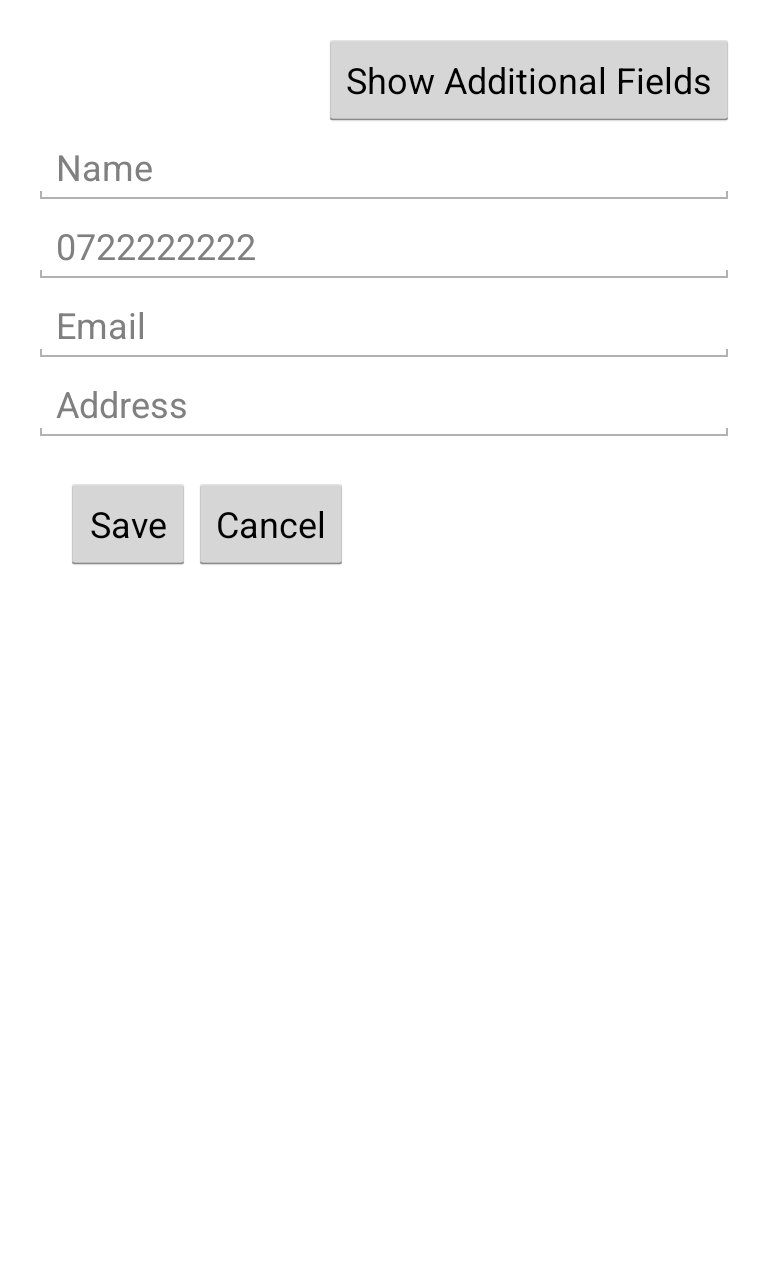
Repository: andreeastoican/Laborator04
Layout: ContactsManager/res/layout/fragment_basic_details.xml
These files come from the project's save history. The layout is drawn as it stood at one moment and after the next save; the edit follows.
It is drawn on a 768 x 1280 px phone screen (xhdpi) without system bars, with theme AppTheme; the app's code is not run.

Above is the layout before, as saved 2015-03-17 19:36:00.

After the next save:
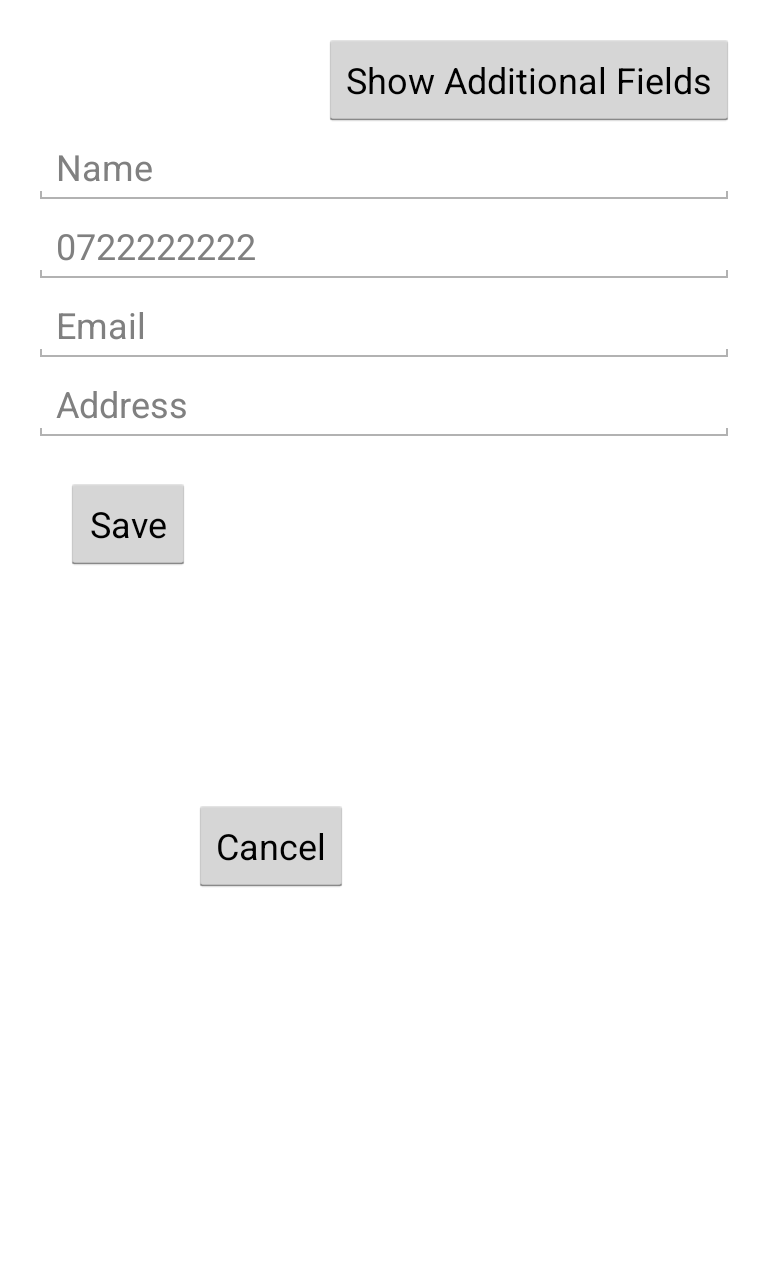
Saved 10 s later.
--- a/ContactsManager/res/layout/fragment_basic_details.xml
+++ b/ContactsManager/res/layout/fragment_basic_details.xml
@@ -60,7 +60,7 @@
 		       android:layout_width="wrap_content"
 		       android:layout_height="wrap_content"
 		       android:text="Cancel"
-		       android:layout_gravity="center_horizontal"/>
+		       android:layout_gravity="center"/>
 	   </LinearLayout>
 
 </LinearLayout>

After the save that followed:
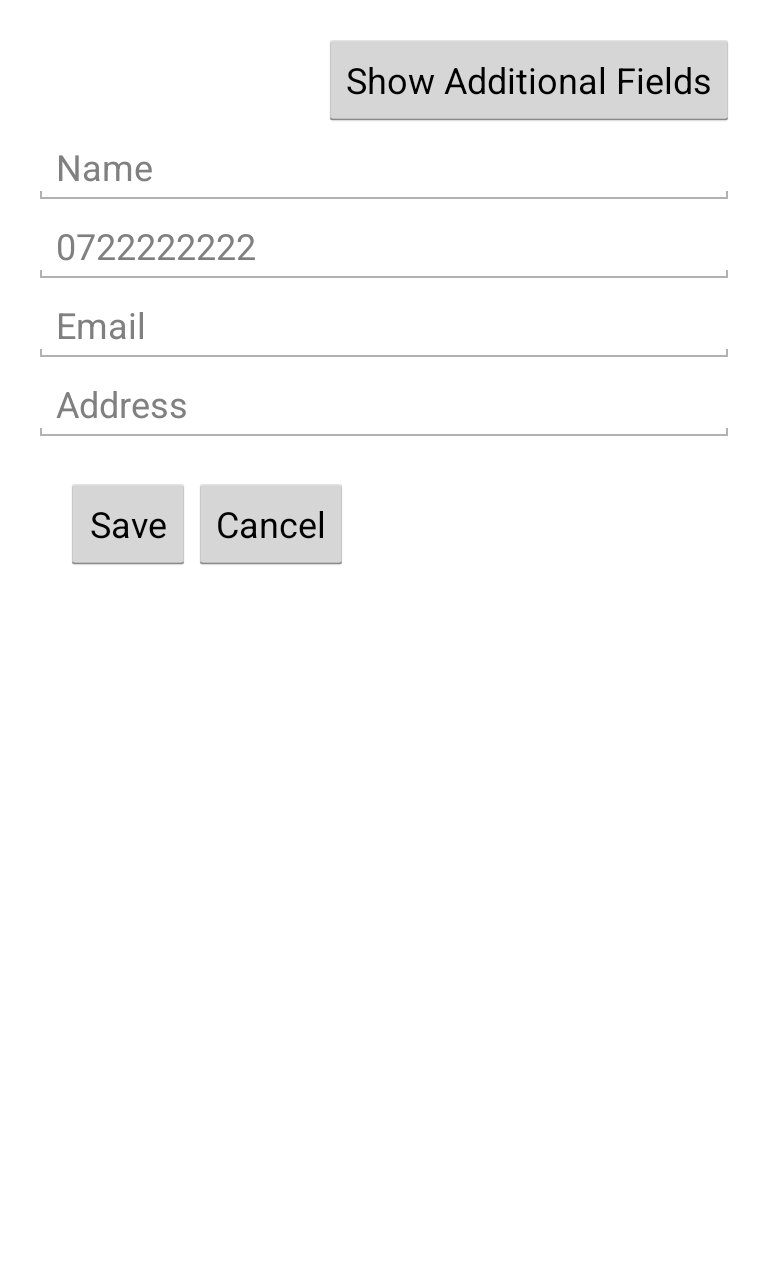
Saved 6 s later.
--- a/ContactsManager/res/layout/fragment_basic_details.xml
+++ b/ContactsManager/res/layout/fragment_basic_details.xml
@@ -60,7 +60,7 @@
 		       android:layout_width="wrap_content"
 		       android:layout_height="wrap_content"
 		       android:text="Cancel"
-		       android:layout_gravity="center"/>
+		       android:layout_gravity="center_horizontal"/>
 	   </LinearLayout>
 
 </LinearLayout>
